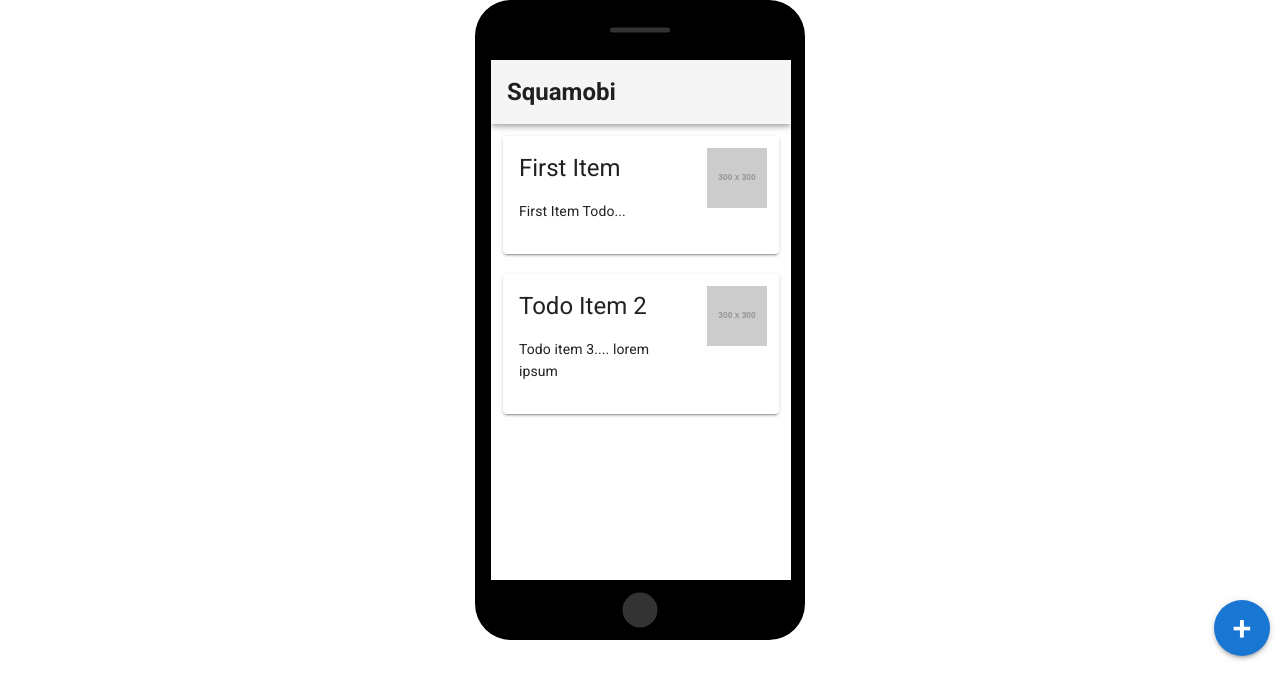
Repository: Keepnox/squamobi-interview
Page: /
An editor plug-in stored every save of this project. The page is shown before and after the next save, followed by the edit.
The browser window is 1280 px wide. The pictures show the whole page.
The project was rebuilt for these pictures with package versions that can differ from the ones it lists, and the page was loaded fresh each time. Also part of the build but not shown: vue.config.js. Imported but missing from the stored project, and not drawn on this page: src/views/About.vue.

Above is the page before, as saved 2022-01-16 01:38:44.

After the next save:
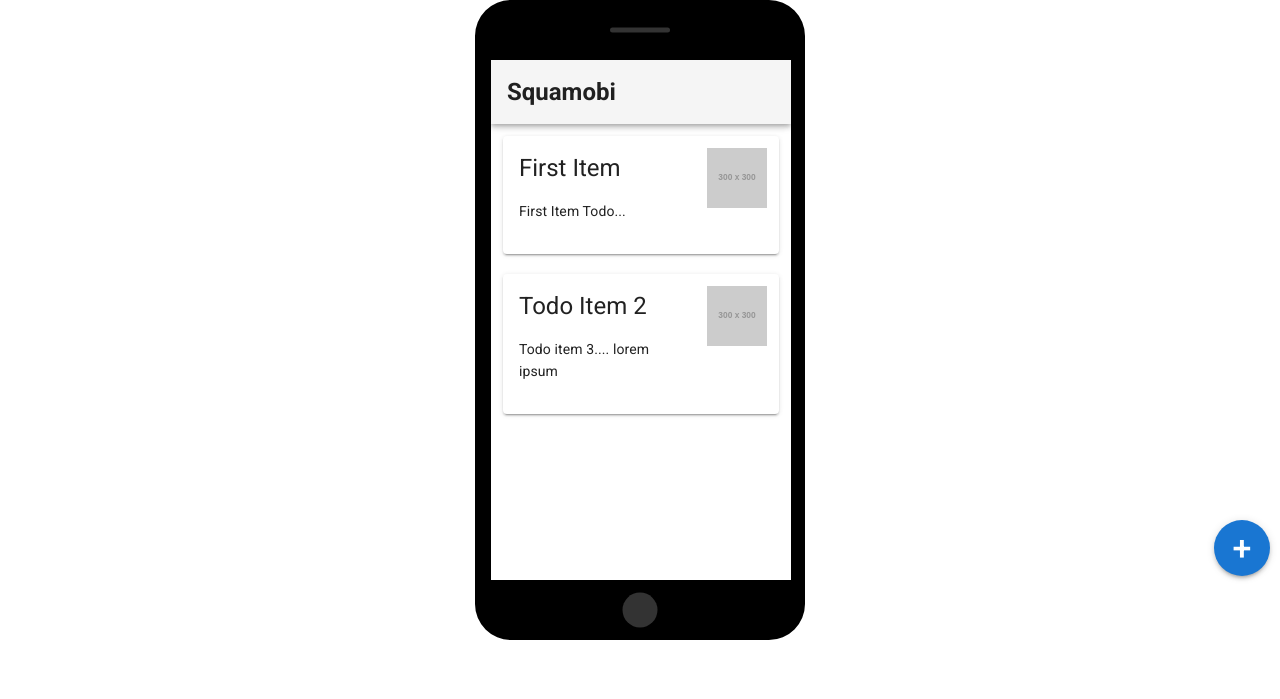
Saved 8 s later.
--- a/src/views/Home.vue
+++ b/src/views/Home.vue
@@ -120,7 +120,7 @@ export default {
 .add-button {
   position: fixed;
   right: 10px;
-  top: 600px;
+  top: 520px;
 }
 .popup {
   position: absolute;
